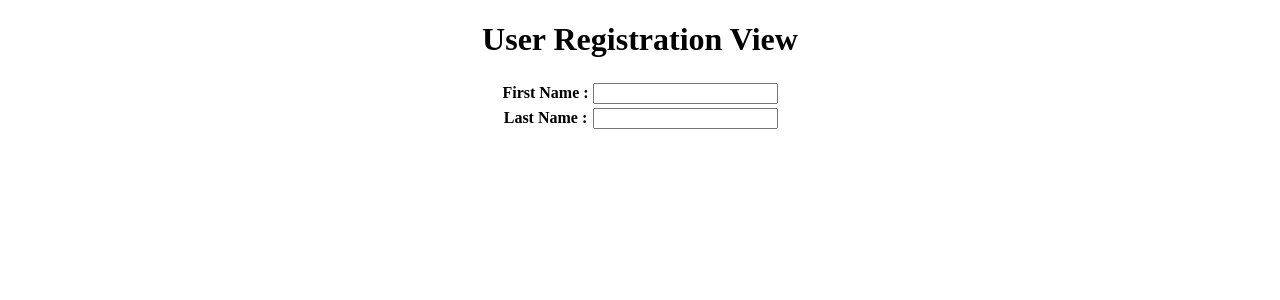
Repository: HimanshuJain1991/ProjectModuleUseCase
Page: http://localhost/Practice/UserRegistrationView.jsp
These files come from the project's save history. The page is drawn as it stood at one moment and after the next save; the edit follows.
The browser window is 1280 px wide. The pictures show the whole page.
The page is served by Tomcat 9. Other server files are loaded and not shown.

Above is the page before, as saved 2024-02-27 10:56:22.

### Practice/src/main/webapp/UserRegistrationView.jsp
<%@ page language="java" contentType="text/html; charset=ISO-8859-1"
	pageEncoding="ISO-8859-1"%>
<!DOCTYPE html>
<html>
<head>
<meta charset="ISO-8859-1">
<title>Insert title here</title>
</head>
<body>
	<center>
		<h1>User Registration View</h1>
		<table>
			<tr>
				<th>First Name :</th>
				<td><input type="text" name="firstName"
					 value=""></td>
					</tr>
					<tr>
				<th>Last Name  :</th>
				<td><input type="text" name="lastName"  value=""></td>


					</tr>
				</center>
</body>
</html>

### Practice/src/main/java/in/co/rays/dto/UserDTO.java
package in.co.rays.dto;

import java.util.Date;

public class UserDTO {
	private int id=0;
	private String firstName=null;
	private String lastName=null;
	private String loginId=null;
	private String password=null;
	private Date dob;
	private String address=null;
	public int getId() {
		return id;
	}
	public void setId(int id) {
		this.id = id;
	}
	public String getFirstName() {
		return firstName;
	}
	public void setFirstName(String firstName) {
		this.firstName = firstName;
	}
	public String getLastName() {
		return lastName;
	}
	public void setLastName(String lastName) {
		this.lastName = lastName;
	}
	public String getLoginId() {
		return loginId;
	}
	public void setLoginId(String loginId) {
		this.loginId = loginId;
	}
	public String getPassword() {
		return password;
	}
	public void setPassword(String password) {
		this.password = password;
	}
	public Date getDob() {
		return dob;
	}
	public void setDob(Date dob) {
		this.dob = dob;
	}
	public String getAddress() {
		return address;
	}
	public void setAddress(String address) {
		this.address = address;
	}


}

After the next save:
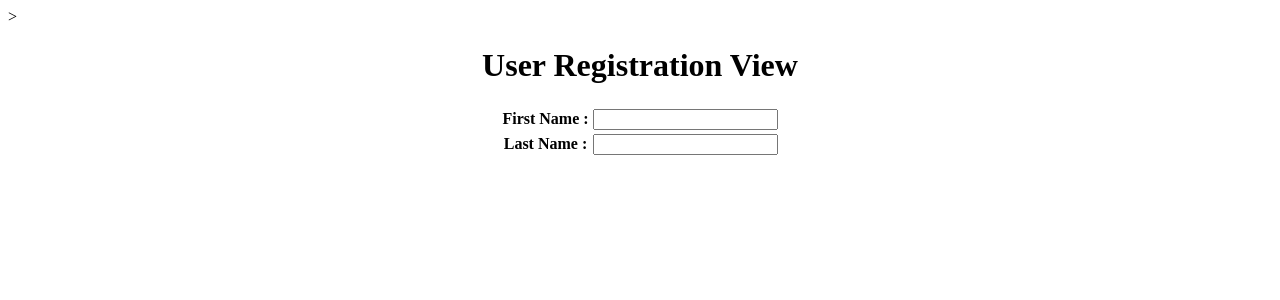
Saved 2 min 22 s later.
--- a/Practice/src/main/webapp/UserRegistrationView.jsp
+++ b/Practice/src/main/webapp/UserRegistrationView.jsp
@@ -1,3 +1,4 @@
+<%@page import="in.co.rays.dto.UserDTO"%>
 <%@ page language="java" contentType="text/html; charset=ISO-8859-1"
 	pageEncoding="ISO-8859-1"%>
 <!DOCTYPE html>
@@ -6,6 +7,7 @@
 <meta charset="ISO-8859-1">
 <title>Insert title here</title>
 </head>
+<%UserDTO dto=new UserDTO(); %>>
 <body>
 	<center>
 		<h1>User Registration View</h1>
